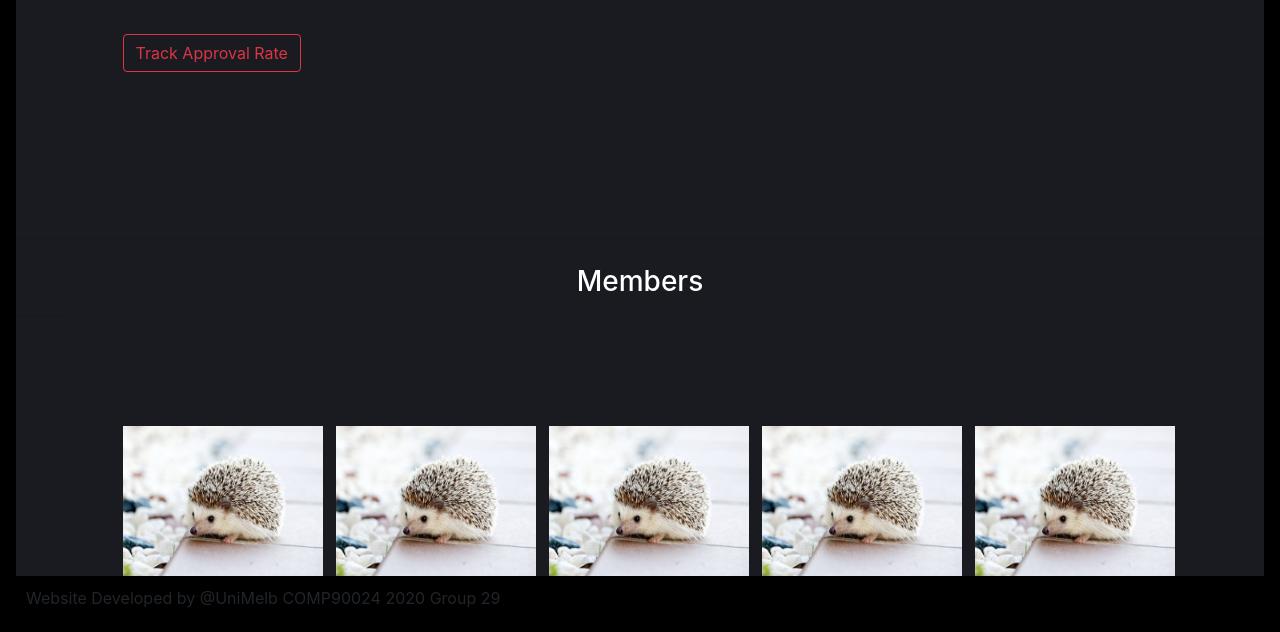
Repository: gusyi/COMP90024_Team29
Page: frontend/templates/frontend/home.html
These files come from the project's save history. The page is drawn as it stood at one moment and after the next save; the edit follows.
The browser window is 1280 px wide. The pictures show the part of the page from y = 679 to 1311 px (the page is 1311 px tall).
Some web libraries are served in a nearby version. The template is drawn by Django 3.2. The application's start-up code is not run. The template is opened directly, without the code that normally fills it, so the values that code supplies are empty.

Above is the page before, as saved 2020-05-25 23:29:11.

After the next save:
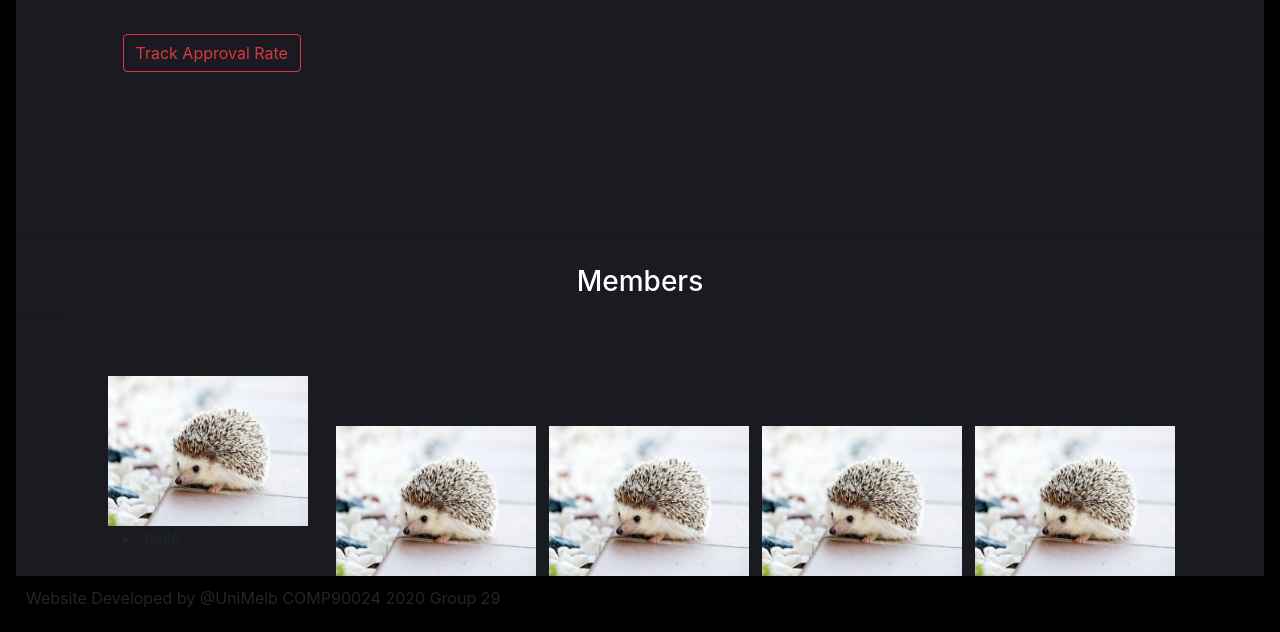
Saved 57 s later.
--- a/backend/frontend/templates/frontend/home.html
+++ b/backend/frontend/templates/frontend/home.html
@@ -43,9 +43,12 @@
     <div class="row">
         <div class="col-sm-1"></div>
         <div class="col-sm-2">
+            <div class="row">
             <div style="height: 50px"></div>
             {% load static %}
             <img src="{% static 'frontend/images/pic1.jpeg' %}" width="200" height="150"/>
+            </div>
+            <li> hello</li>
 
 
         </div>
